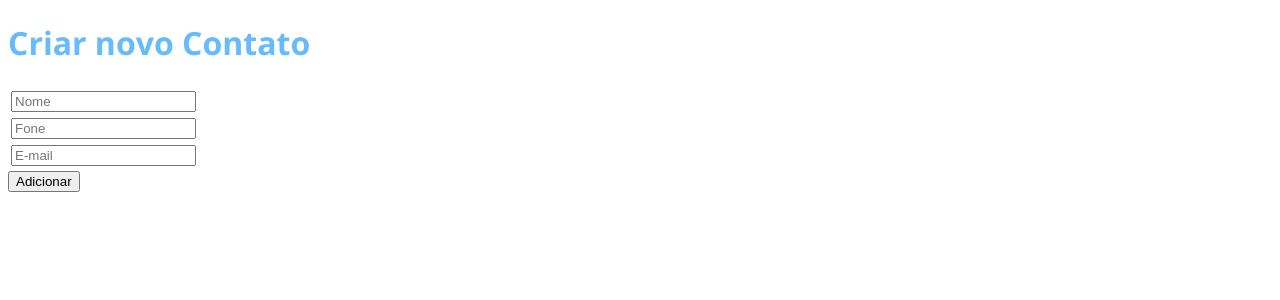
Repository: MarcoMoura21/agenda
Page: agenda/src/main/webapp/novo.html
The author's editor kept a copy of each file at every save. The page is drawn from the files as they stood at one save, then again after the next save.
The browser window is 1280 px wide. The pictures show the whole page.

Above is the page before, as saved 2022-10-11 15:55:39.

After the next save:
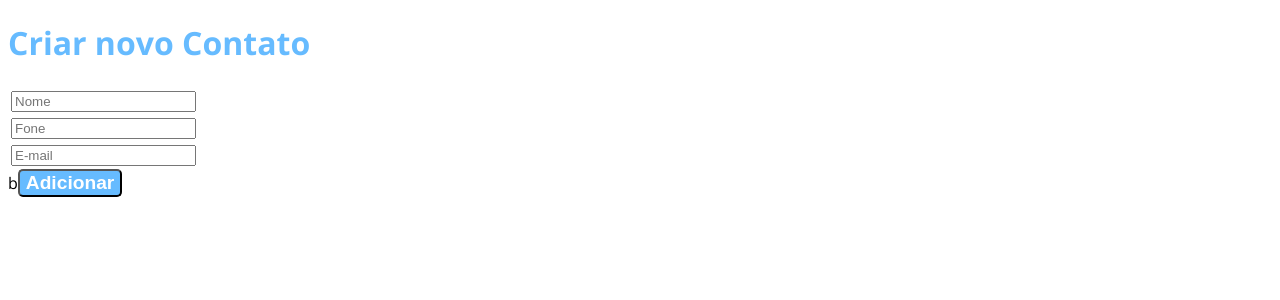
Saved 46 s later.
--- a/agenda/src/main/webapp/novo.html
+++ b/agenda/src/main/webapp/novo.html
@@ -22,7 +22,7 @@
 				<td><input type="text" name="email" placeholder="E-mail" class="Caixa1"></td>
 			</tr>
 		</table>
-		<input type="button" value="Adicionar" class="Botao1">
+		b<input type="button" value="Adicionar" class="botao1">
 	</form>
 </body>
 </html>
